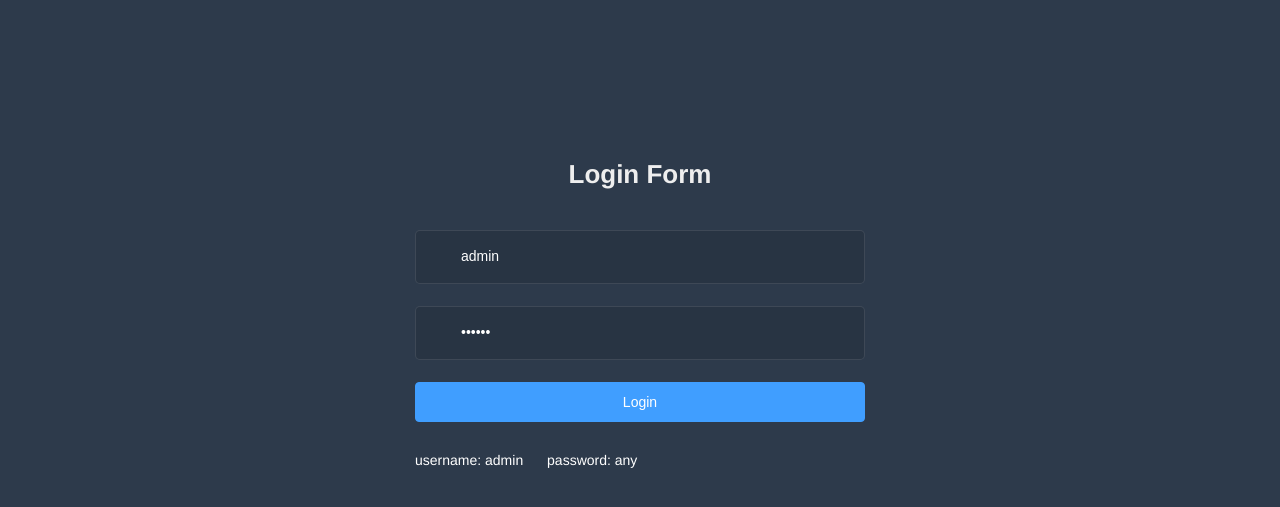
Repository: suncker1/sysma
Page: /
An editor plug-in stored every save of this project. The page is shown before and after the next save, followed by the edit.
The browser window is 1280 px wide. The pictures show the whole page.
The project was rebuilt for these pictures with package versions that can differ from the ones it lists, and the page was loaded fresh each time. Also part of the build but not shown: vue.config.js, src/components/Breadcrumb/index.vue, src/components/Hamburger/index.vue, src/layout/components/Navbar.vue, src/layout/components/Sidebar/Logo.vue, src/layout/components/Sidebar/Item.vue, src/layout/components/Sidebar/Link.vue, src/layout/components/Sidebar/FixiOSBug.js and 7 more.

Above is the page before, as saved 2020-09-25 12:21:55.

### public/index.html
<!DOCTYPE html>
<html>
  <head>
    <meta charset="utf-8">
    <meta http-equiv="X-UA-Compatible" content="IE=edge,chrome=1">
    <meta name="viewport" content="width=device-width, initial-scale=1, maximum-scale=1, user-scalable=no">
    <link rel="icon" href="<%= BASE_URL %>iconad.png">
    <title><%= webpackConfig.name %></title>
  </head>
  <body>
    <noscript>
      <strong>We're sorry but <%= webpackConfig.name %> doesn't work properly without JavaScript enabled. Please enable it to continue.</strong>
    </noscript>
    <div id="app"></div>
    <!-- built files will be auto injected -->
  </body>
</html>

### src/styles/index.scss
@import './variables.scss';
@import './mixin.scss';
@import './transition.scss';
@import './element-ui.scss';
@import './sidebar.scss';

body {
  height: 100%;
  -moz-osx-font-smoothing: grayscale;
  -webkit-font-smoothing: antialiased;
  text-rendering: optimizeLegibility;
  font-family: Helvetica Neue, Helvetica, PingFang SC, Hiragino Sans GB, Microsoft YaHei, Arial, sans-serif;
}

label {
  font-weight: 700;
}

html {
  height: 100%;
  box-sizing: border-box;
}

#app {
  height: 100%;
}

*,
*:before,
*:after {
  box-sizing: inherit;
}

a:focus,
a:active {
  outline: none;
}

a,
a:focus,
a:hover {
  cursor: pointer;
  color: inherit;
  text-decoration: none;
}

div:focus {
  outline: none;
}

.clearfix {
  &:after {
    visibility: hidden;
    display: block;
    font-size: 0;
    content: " ";
    clear: both;
    height: 0;
  }
}

// main-container global css
.app-container {
  padding: 20px;
}

### src/permission.js
import router from './router'
import store from './store'
import { Message } from 'element-ui'
import NProgress from 'nprogress' // progress bar
import 'nprogress/nprogress.css' // progress bar style
import { getToken } from '@/utils/auth' // get token from cookie
import getPageTitle from '@/utils/get-page-title'

NProgress.configure({ showSpinner: false }) // NProgress Configuration

const whiteList = ['/login'] // no redirect whitelist

router.beforeEach(async(to, from, next) => {
  // start progress bar
  NProgress.start()

  // set page title
  document.title = getPageTitle(to.meta.title)

  // determine whether the user has logged in
  const hasToken = getToken()

  if (hasToken) {
    if (to.path === '/login') {
      // if is logged in, redirect to the home page
      next({ path: '/' })
      NProgress.done()
    } else {
      const hasGetUserInfo = store.getters.name
      if (hasGetUserInfo) {
        next()
      } else {
        try {
          // get user info
          await store.dispatch('user/getInfo')

          next()
        } catch (error) {
          // remove token and go to login page to re-login
          await store.dispatch('user/resetToken')
          Message.error(error || 'Has Error')
          next(`/login?redirect=${to.path}`)
          NProgress.done()
        }
      }
    }
  } else {
    /* has no token*/

    if (whiteList.indexOf(to.path) !== -1) {
      // in the free login whitelist, go directly
      next()
    } else {
      // other pages that do not have permission to access are redirected to the login page.
      next(`/login?redirect=${to.path}`)
      NProgress.done()
    }
  }
})

router.afterEach(() => {
  // finish progress bar
  NProgress.done()
})

### src/styles/transition.scss
// global transition css

/* fade */
.fade-enter-active,
.fade-leave-active {
  transition: opacity 0.28s;
}

.fade-enter,
.fade-leave-active {
  opacity: 0;
}

/* fade-transform */
.fade-transform-leave-active,
.fade-transform-enter-active {
  transition: all .5s;
}

.fade-transform-enter {
  opacity: 0;
  transform: translateX(-30px);
}

.fade-transform-leave-to {
  opacity: 0;
  transform: translateX(30px);
}

/* breadcrumb transition */
.breadcrumb-enter-active,
.breadcrumb-leave-active {
  transition: all .5s;
}

.breadcrumb-enter,
.breadcrumb-leave-active {
  opacity: 0;
  transform: translateX(20px);
}

.breadcrumb-move {
  transition: all .5s;
}

.breadcrumb-leave-active {
  position: absolute;
}

### src/styles/sidebar.scss
#app {

  .main-container {
    min-height: 100%;
    transition: margin-left .28s;
    margin-left: $sideBarWidth;
    position: relative;
  }

  .sidebar-container {
    transition: width 0.28s;
    width: $sideBarWidth !important;
    background-color: $menuBg;
    height: 100%;
    position: fixed;
    font-size: 0px;
    top: 0;
    bottom: 0;
    left: 0;
    z-index: 1001;
    overflow: hidden;

    // reset element-ui css
    .horizontal-collapse-transition {
      transition: 0s width ease-in-out, 0s padding-left ease-in-out, 0s padding-right ease-in-out;
    }

    .scrollbar-wrapper {
      overflow-x: hidden !important;
    }

    .el-scrollbar__bar.is-vertical {
      right: 0px;
    }

    .el-scrollbar {
      height: 100%;
    }

    &.has-logo {
      .el-scrollbar {
        height: calc(100% - 50px);
      }
    }

    .is-horizontal {
      display: none;
    }

    a {
      display: inline-block;
      width: 100%;
      overflow: hidden;
    }

    .svg-icon {
      margin-right: 16px;
    }

    .sub-el-icon {
      margin-right: 12px;
      margin-left: -2px;
    }

    .el-menu {
      border: none;
      height: 100%;
      width: 100% !important;
    }

    // menu hover
    .submenu-title-noDropdown,
    .el-submenu__title {
      &:hover {
        background-color: $menuHover !important;
      }
    }

    .is-active>.el-submenu__title {
      color: $subMenuActiveText !important;
    }

    & .nest-menu .el-submenu>.el-submenu__title,
    & .el-submenu .el-menu-item {
      min-width: $sideBarWidth !important;
      background-color: $subMenuBg !important;

      &:hover {
        background-color: $subMenuHover !important;
      }
    }
  }

  .hideSidebar {
    .sidebar-container {
      width: 54px !important;
    }

    .main-container {
      margin-left: 54px;
    }

    .submenu-title-noDropdown {
      padding: 0 !important;
      position: relative;

      .el-tooltip {
        padding: 0 !important;

        .svg-icon {
          margin-left: 20px;
        }

        .sub-el-icon {
          margin-left: 19px;
        }
      }
    }

    .el-submenu {
      overflow: hidden;

      &>.el-submenu__title {
        padding: 0 !important;

        .svg-icon {
          margin-left: 20px;
        }

        .sub-el-icon {
          margin-left: 19px;
        }

        .el-submenu__icon-arrow {
          display: none;
        }
      }
    }

    .el-menu--collapse {
      .el-submenu {
        &>.el-submenu__title {
          &>span {
            height: 0;
            width: 0;
            overflow: hidden;
            visibility: hidden;
            display: inline-block;
          }
        }
      }
    }
  }

  .el-menu--collapse .el-menu .el-submenu {
    min-width: $sideBarWidth !important;
  }

  // mobile responsive
  .mobile {
    .main-container {
      margin-left: 0px;
    }

    .sidebar-container {
      transition: transform .28s;
      width: $sideBarWidth !important;
    }

    &.hideSidebar {
      .sidebar-container {
        pointer-events: none;
        transition-duration: 0.3s;
        transform: translate3d(-$sideBarWidth, 0, 0);
      }
    }
  }

  .withoutAnimation {

    .main-container,
    .sidebar-container {
      transition: none;
    }
  }
}

// when menu collapsed
.el-menu--vertical {
  &>.el-menu {
    .svg-icon {
      margin-right: 16px;
    }
    .sub-el-icon {
      margin-right: 12px;
      margin-left: -2px;
    }
  }

  .nest-menu .el-submenu>.el-submenu__title,
  .el-menu-item {
    &:hover {
      // you can use $subMenuHover
      background-color: $menuHover !important;
    }
  }

  // the scroll bar appears when the subMenu is too long
  >.el-menu--popup {
    max-height: 100vh;
    overflow-y: auto;

    &::-webkit-scrollbar-track-piece {
      background: #d3dce6;
    }

    &::-webkit-scrollbar {
      width: 6px;
    }

    &::-webkit-scrollbar-thumb {
      background: #99a9bf;
      border-radius: 20px;
    }
  }
}

### src/store/modules/app.js
import Cookies from 'js-cookie'

const state = {
  sidebar: {
    opened: Cookies.get('sidebarStatus') ? !!+Cookies.get('sidebarStatus') : true,
    withoutAnimation: false
  },
  device: 'desktop'
}

const mutations = {
  TOGGLE_SIDEBAR: state => {
    state.sidebar.opened = !state.sidebar.opened
    state.sidebar.withoutAnimation = false
    if (state.sidebar.opened) {
      Cookies.set('sidebarStatus', 1)
    } else {
      Cookies.set('sidebarStatus', 0)
    }
  },
  CLOSE_SIDEBAR: (state, withoutAnimation) => {
    Cookies.set('sidebarStatus', 0)
    state.sidebar.opened = false
    state.sidebar.withoutAnimation = withoutAnimation
  },
  TOGGLE_DEVICE: (state, device) => {
    state.device = device
  }
}

const actions = {
  toggleSideBar({ commit }) {
    commit('TOGGLE_SIDEBAR')
  },
  closeSideBar({ commit }, { withoutAnimation }) {
    commit('CLOSE_SIDEBAR', withoutAnimation)
  },
  toggleDevice({ commit }, device) {
    commit('TOGGLE_DEVICE', device)
  }
}

export default {
  namespaced: true,
  state,
  mutations,
  actions
}

### src/store/modules/user.js
import { login, logout, getInfo } from '@/api/user'
import { getToken, setToken, removeToken } from '@/utils/auth'
import { resetRouter } from '@/router'

const getDefaultState = () => {
  return {
    token: getToken(),
    name: '',
    avatar: ''
  }
}

const state = getDefaultState()

const mutations = {
  RESET_STATE: (state) => {
    Object.assign(state, getDefaultState())
  },
  SET_TOKEN: (state, token) => {
    state.token = token
  },
  SET_NAME: (state, name) => {
    state.name = name
  },
  SET_AVATAR: (state, avatar) => {
    state.avatar = avatar
  }
}

const actions = {
  // user login
  login({ commit }, userInfo) {
    const { username, password } = userInfo
    return new Promise((resolve, reject) => {
      login({ username: username.trim(), password: password }).then(response => {
        const { data } = response
        commit('SET_TOKEN', data.token)
        setToken(data.token)
        resolve()
      }).catch(error => {
        reject(error)
      })
    })
  },

  // get user info
  getInfo({ commit, state }) {
    return new Promise((resolve, reject) => {
      getInfo(state.token).then(response => {
        const { data } = response

        if (!data) {
          return reject('Verification failed, please Login again.')
        }

        const { name, avatar } = data

        commit('SET_NAME', name)
        commit('SET_AVATAR', avatar)
        resolve(data)
      }).catch(error => {
        reject(error)
      })
    })
  },

  // user logout
  logout({ commit, state }) {
    return new Promise((resolve, reject) => {
      logout(state.token).then(() => {
        removeToken() // must remove  token  first
        resetRouter()
        commit('RESET_STATE')
        resolve()
      }).catch(error => {
        reject(error)
      })
    })
  },

  // remove token
  resetToken({ commit }) {
    return new Promise(resolve => {
      removeToken() // must remove  token  first
      commit('RESET_STATE')
      resolve()
    })
  }
}

export default {
  namespaced: true,
  state,
  mutations,
  actions
}

### src/views/login/index.vue
<template>
  <div class="login-container">
    <el-form ref="loginForm" :model="loginForm" :rules="loginRules" class="login-form" auto-complete="on" label-position="left">

      <div class="title-container">
        <h3 class="title">Login Form</h3>
      </div>

      <el-form-item prop="username">
        <span class="svg-container">
          <svg-icon icon-class="user" />
        </span>
        <el-input
          ref="username"
          v-model="loginForm.username"
          placeholder="Username"
          name="username"
          type="text"
          tabindex="1"
          auto-complete="on"
        />
      </el-form-item>

      <el-form-item prop="password">
        <span class="svg-container">
          <svg-icon icon-class="password" />
        </span>
        <el-input
          :key="passwordType"
          ref="password"
          v-model="loginForm.password"
          :type="passwordType"
          placeholder="Password"
          name="password"
          tabindex="2"
          auto-complete="on"
          @keyup.enter.native="handleLogin"
        />
        <span class="show-pwd" @click="showPwd">
          <svg-icon :icon-class="passwordType === 'password' ? 'eye' : 'eye-open'" />
        </span>
      </el-form-item>

      <el-button :loading="loading" type="primary" style="width:100%;margin-bottom:30px;" @click.native.prevent="handleLogin">Login</el-button>

      <div class="tips">
        <span style="margin-right:20px;">username: admin</span>
        <span> password: any</span>
      </div>

    </el-form>
  </div>
</template>

<script>
import { validUsername } from '@/utils/validate'

export default {
  name: 'Login',
  data() {
    const validateUsername = (rule, value, callback) => {
      if (!validUsername(value)) {
        callback(new Error('Please enter the correct user name'))
      } else {
        callback()
      }
    }
    const validatePassword = (rule, value, callback) => {
      if (value.length < 6) {
        callback(new Error('The password can not be less than 6 digits'))
      } else {
        callback()
      }
    }
    return {
      loginForm: {
        username: 'admin',
        password: '111111'
      },
      loginRules: {
        username: [{ required: true, trigger: 'blur', validator: validateUsername }],
        password: [{ required: true, trigger: 'blur', validator: validatePassword }]
      },
      loading: false,
      passwordType: 'password',
      redirect: undefined
    }
  },
  watch: {
    $route: {
      handler: function(route) {
        this.redirect = route.query && route.query.redirect
      },
      immediate: true
    }
  },
  methods: {
    showPwd() {
      if (this.passwordType === 'password') {
        this.passwordType = ''
      } else {
        this.passwordType = 'password'
      }
      this.$nextTick(() => {
        this.$refs.password.focus()
      })
    },
    handleLogin() {
      this.$refs.loginForm.validate(valid => {
        if (valid) {
          this.loading = true
          this.$store.dispatch('user/login', this.loginForm).then(() => {
            this.$router.push({ path: this.redirect || '/' })
            this.loading = false
          }).catch(() => {
            this.loading = false
          })
        } else {
          console.log('error submit!!')
          return false
        }
      })
    }
  }
}
</script>

<style lang="scss">
/* 修复input 背景不协调 和光标变色 */
/* Detail see https://github.com/PanJiaChen/vue-element-admin/pull/927 */

$bg:#283443;
$light_gray:#fff;
$cursor: #fff;

@supports (-webkit-mask: none) and (not (cater-color: $cursor)) {
  .login-container .el-input input {
    color: $cursor;
  }
}

/* reset element-ui css */
.login-container {
  .el-input {
    display: inline-block;
    height: 47px;
    width: 85%;

    input {
      background: transparent;
      border: 0px;
      -webkit-appearance: none;
      border-radius: 0px;
      padding: 12px 5px 12px 15px;
      color: $light_gray;
      height: 47px;
      caret-color: $cursor;

      &:-webkit-autofill {
        box-shadow: 0 0 0px 1000px $bg inset !important;
        -webkit-text-fill-color: $cursor !important;
      }
    }
  }

  .el-form-item {
    border: 1px solid rgba(255, 255, 255, 0.1);
    background: rgba(0, 0, 0, 0.1);
    border-radius: 5px;
    color: #454545;
  }
}
</style>

<style lang="scss" scoped>
$bg:#2d3a4b;
$dark_gray:#889aa4;
$light_gray:#eee;

.login-container {
  min-height: 100%;
  width: 100%;
  background-color: $bg;
  overflow: hidden;

  .login-form {
    position: relative;
    width: 520px;
    max-width: 100%;
    padding: 160px 35px 0;
    margin: 0 auto;
    overflow: hidden;
  }

  .tips {
    font-size: 14px;
    color: #fff;
    margin-bottom: 10px;

    span {
      &:first-of-type {
        margin-right: 16px;
      }
    }
  }

  .svg-container {
    padding: 6px 5px 6px 15px;
    color: $dark_gray;
    vertical-align: middle;
    width: 30px;
    display: inline-block;
  }

  .title-container {
    position: relative;

    .title {
      font-size: 26px;
      color: $light_gray;
      margin: 0px auto 40px auto;
      text-align: center;
      font-weight: bold;
    }
  }

  .show-pwd {
    position: absolute;
    right: 10px;
    top: 7px;
    font-size: 16px;
    color: $dark_gray;
    cursor: pointer;
    user-select: none;
  }
}
</style>

### src/components/SvgIcon/index.vue
<template>
  <div v-if="isExternal" :style="styleExternalIcon" class="svg-external-icon svg-icon" v-on="$listeners" />
  <svg v-else :class="svgClass" aria-hidden="true" v-on="$listeners">
    <use :xlink:href="iconName" />
  </svg>
</template>

<script>
// doc: https://panjiachen.github.io/vue-element-admin-site/feature/component/svg-icon.html#usage
import { isExternal } from '@/utils/validate'

export default {
  name: 'SvgIcon',
  props: {
    iconClass: {
      type: String,
      required: true
    },
    className: {
      type: String,
      default: ''
    }
  },
  computed: {
    isExternal() {
      return isExternal(this.iconClass)
    },
    iconName() {
      return `#icon-${this.iconClass}`
    },
    svgClass() {
      if (this.className) {
        return 'svg-icon ' + this.className
      } else {
        return 'svg-icon'
      }
    },
    styleExternalIcon() {
      return {
        mask: `url(${this.iconClass}) no-repeat 50% 50%`,
        '-webkit-mask': `url(${this.iconClass}) no-repeat 50% 50%`
      }
    }
  }
}
</script>

<style scoped>
.svg-icon {
  width: 1em;
  height: 1em;
  vertical-align: -0.15em;
  fill: currentColor;
  overflow: hidden;
}

.svg-external-icon {
  background-color: currentColor;
  mask-size: cover!important;
  display: inline-block;
}
</style>

### src/utils/get-page-title.js
import defaultSettings from '@/settings'

const title = defaultSettings.title || 'Management System'

export default function getPageTitle(pageTitle) {
  if (pageTitle) {
    return `${pageTitle} - ${title}`
  }
  return `${title}`
}

### src/settings.js
module.exports = {

  title: 'Management System',

  /**
   * @type {boolean} true | false
   * @description Whether fix the header
   */
  fixedHeader: false,

  /**
   * @type {boolean} true | false
   * @description Whether show the logo in sidebar
   */
  sidebarLogo: false
}

### src/utils/request.js
import axios from 'axios'
import { MessageBox, Message } from 'element-ui'
import store from '@/store'
import { getToken } from '@/utils/auth'

// create an axios instance
const service = axios.create({
  baseURL: process.env.VUE_APP_BASE_API, // url = base url + request url
  // withCredentials: true, // send cookies when cross-domain requests
  timeout: 5000 // request timeout
})

// request interceptor
service.interceptors.request.use(
  config => {
    // do something before request is sent

    if (store.getters.token) {
      // let each request carry token
      // ['X-Token'] is a custom headers key
      // please modify it according to the actual situation
      config.headers['X-Token'] = getToken()
    }
    return config
  },
  error => {
    // do something with request error
    console.log(error) // for debug
    return Promise.reject(error)
  }
)

// response interceptor
service.interceptors.response.use(
  /**
   * If you want to get http information such as headers or status
   * Please return  response => response
  */

  /**
   * Determine the request status by custom code
   * Here is just an example
   * You can also judge the status by HTTP Status Code
   */
  response => {
    const res = response.data

    // if the custom code is not 20000, it is judged as an error.
    if (res.code !== 20000) {
      Message({
        message: res.message || 'Error',
        type: 'error',
        duration: 5 * 1000
      })

      // 50008: Illegal token; 50012: Other clients logged in; 50014: Token expired;
      if (res.code === 50008 || res.code === 50012 || res.code === 50014) {
        // to re-login
        MessageBox.confirm('You have been logged out, you can cancel to stay on this page, or log in again', 'Confirm logout', {
          confirmButtonText: 'Re-Login',
          cancelButtonText: 'Cancel',
          type: 'warning'
        }).then(() => {
          store.dispatch('user/resetToken').then(() => {
            location.reload()
          })
        })
      }
      return Promise.reject(new Error(res.message || 'Error'))
    } else {
      return res
    }
  },
  error => {
    console.log('err' + error) // for debug
    Message({
      message: error.message,
      type: 'error',
      duration: 5 * 1000
    })
    return Promise.reject(error)
  }
)

export default service

Loaded but not shown: src/main.js (common file); src/App.vue (common file); src/store/index.js (common file); src/router/index.js (common file); src/icons/index.js (common file); src/styles/mixin.scss (common file); src/styles/element-ui.scss (common file); src/store/getters.js (common file); src/store/modules/settings.js (common file); src/utils/auth.js (common file); src/api/user.js (common file); src/utils/validate.js (common file)

After the next save:
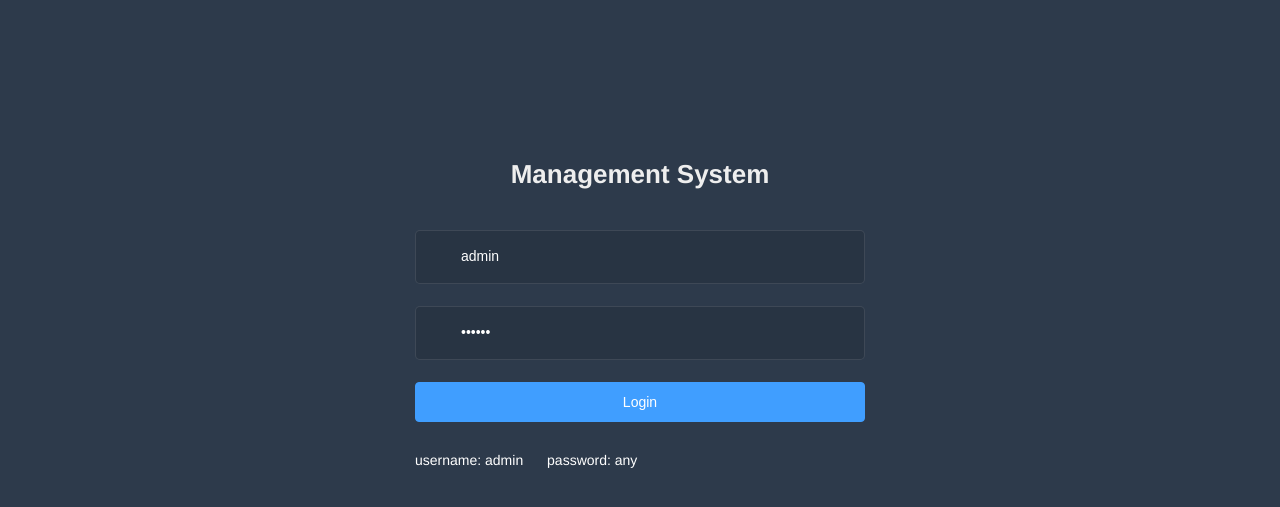
Saved 20 min 14 s later.
--- a/src/views/login/index.vue
+++ b/src/views/login/index.vue
@@ -3,7 +3,7 @@
     <el-form ref="loginForm" :model="loginForm" :rules="loginRules" class="login-form" auto-complete="on" label-position="left">
 
       <div class="title-container">
-        <h3 class="title">Login Form</h3>
+        <h3 class="title">Management System</h3>
       </div>
 
       <el-form-item prop="username">
